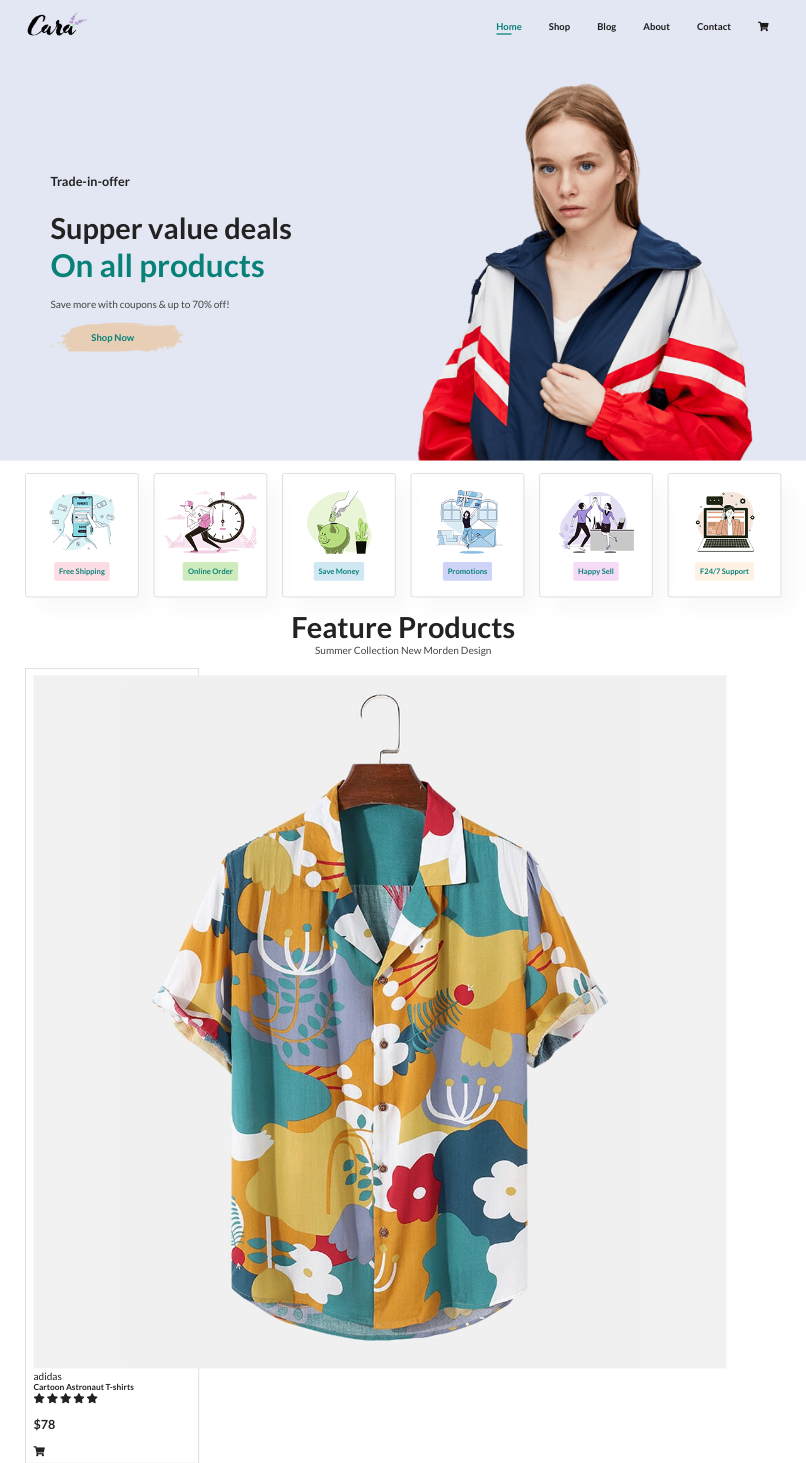
Repository: Nguyenductuan-dev/Website-Clothes
Page: index.html
These files come from the project's save history. The page is drawn as it stood at one moment and after the next save; the edit follows.
The browser window is 1280 px wide. The pictures show the whole page, at 63% of full size.

Above is the page before, as saved 2022-04-26 00:48:13.

### index.html
<!DOCTYPE html>
<html lang="en">
<head>
    <meta charset="UTF-8">
    <meta http-equiv="X-UA-Compatible" content="IE=edge">
    <meta name="viewport" content="width=device-width, initial-scale=1.0">
    <link rel="shortcut icon" href="assets/imgs/favicon.png" type="image/x-icon">
    <link rel="stylesheet" href="https://cdnjs.cloudflare.com/ajax/libs/font-awesome/5.15.1/css/all.min.css" />
    <link rel="preconnect" href="https://fonts.googleapis.com">
    <link rel="preconnect" href="https://fonts.gstatic.com" crossorigin>
    <link href="https://fonts.googleapis.com/css2?family=Lato:wght@400;700&family=Montserrat:ital,wght@0,200;0,300;0,400;0,500;0,600;0,700;1,600&display=swap" rel="stylesheet">
    <link rel="stylesheet" href="assets/css/style.css">
    <title>Website Clothes</title>
</head>
<body>
    <!-- ======================= HEADER ====================== -->
    <header class="header " id="header">
        <div class="header__container container">
            <a href="index.html" class="header__logo">
                <img src="assets/images/logo.png" alt="" class="header__logo-img">
            </a>

            <div class="navbar" id="navbar">
                <ul class="navbar__list">
                    <li class="navbar__item ">
                        <a href="index.html" class="navbar__link navbar__active">Home</a>
                    </li>
                    <li class="navbar__item">
                        <a href="shop.html" class="navbar__link">Shop</a>
                    </li>
                    <li class="navbar__item">
                        <a href="blog.html" class="navbar__link">Blog</a>
                    </li>
                    <li class="navbar__item">
                        <a href="about.html" class="navbar__link">About</a>
                    </li>
                    <li class="navbar__item">
                        <a href="contact.html" class="navbar__link">Contact</a>
                    </li>
                    <li class="navbar__item">
                        <a href="cart.html" class="navbar__link">
                            <i class="fas fa-shopping-cart"></i>
                        </a>
                    </li>
                </ul>
            </div>
        </div>
    </header>

    <!-- ======================= BANNER ====================== -->
    <section class="banner" id="banner">
        <div class="banner__container container">
            <h4>Trade-in-offer</h4>
            <h2>Supper value deals</h2>
            <h1>On all products</h1>
            <p>Save more with coupons & up to 70% off!</p>
            <button class="banner__btn">
                Shop Now
            </button>
        </div>
    </section>

    <!-- ======================= FEATURE ====================== -->
    <section class="feature container" id="feature">
        <div class="feature__box">
            <img src="assets/images/features/f1.png" alt="" class="feature__img">
            <h6 class="feature__title">Free Shipping</h6>
        </div>
        <div class="feature__box">
            <img src="assets/images/features/f2.png" alt="" class="feature__img">
            <h6 class="feature__title">Online Order</h6>
        </div>
        <div class="feature__box">
            <img src="assets/images/features/f3.png" alt="" class="feature__img">
            <h6 class="feature__title">Save Money</h6>
        </div>
        <div class="feature__box">
            <img src="assets/images/features/f4.png" alt="" class="feature__img">
            <h6 class="feature__title">Promotions</h6>
        </div>
        <div class="feature__box">
            <img src="assets/images/features/f5.png" alt="" class="feature__img">
            <h6 class="feature__title">Happy Sell</h6>
        </div>
        <div class="feature__box">
            <img src="assets/images/features/f6.png" alt="" class="feature__img">
            <h6 class="feature__title">F24/7 Support</h6>
        </div>
    </section>

    <!-- ======================= PRODUCTS ====================== -->
    <section class="product1 container" id="product1">
        <div class="product1__heading">
            <h2 class="product1__heading-title">Feature Products</h2>
            <p class="product1__heading-description">Summer Collection New Morden Design</p>
        </div>
        <div class="product1__list">
            <div class="product1__item">
                <a href="" class="product1__link">
                    <img src="assets/images/products/f1.jpg" alt="" class="product1__img">
                    <div class="product1__des">
                        <span class="product1__brand">adidas</span>
                        <h5 class="product1__title">Cartoon Astronaut T-shirts</h5>
                        <div class="product1__rate">
                            <i class="fas fa-star"></i>
                            <i class="fas fa-star"></i>
                            <i class="fas fa-star"></i>
                            <i class="fas fa-star"></i>
                            <i class="fas fa-star"></i>
                        </div>
                        <h4 class="product1__price">$78</h4>
                    </div>
                    <a href="#" class="product1__cart">
                        <i class="fas fa-shopping-cart"></i>
                    </a>
                </a>
            </div>
        </div>
    </section>

    <script src="assets/js/main.js"></script>
</body>
</html>

### assets/css/style.css
* {
    margin: 0;
    padding: 0;
    box-sizing: border-box;
    font-family: 'Lato', sans-serif;
}
h1 {
    font-size: 50px;
    line-height: 64px;
    color: #222;
}
h2 {
    font-size: 46px;
    line-height: 54px;
    color: #222;
}

h4 {
    font-size: 20px;
    line-height: 64px;
    color: #222;
}
h6 {
    font-weight: 700;
    font-size: 12px;
}
p {
    font-size: 16px;
    color: #444;
}
a {
    text-decoration: none;
    color: #222;
}
ul, li {
    list-style: none;
    padding: 0;
    margin: 0;
}
body {
    width: 100%;
}
.container {
    max-width: 1200px;
    margin: auto;
}
/* ================ HEADER =================== */
.header {
    background-color: #e3e6f3;
    box-shadow: 0 5px 15px rgba(0, 0, 0, .06);
    padding: 20px 0;
}
.header__container {
    max-width: 1200px;
    display: flex;
    justify-content: space-between;
    align-items: center;
    margin: auto;
}
.navbar {
    display: inline-block;
}
.navbar__item {
    display: inline-block;
    list-style: none;
    padding: 0 20px;
    position: relative;
}
.navbar__link {
    text-decoration: none;
    color: #1a1a1a;
    font-size: 15px;
    font-weight: 600;
    transition: .3s ease;

}
.navbar__link:hover,
.navbar__link.navbar__active {
    color: #088178;
}
.navbar__active::after,
.navbar__link:hover::after {
    content: '';
    width: 30%;
    height: 2px;
    background-color: #088178;
    position: absolute;
    bottom: -4px;
    left: 20px;
}
.scroll-header {
    position: fixed;
    top: 0;
    left: 0;
    width: 100%;
    padding: 10px 0;
    transition: .4s;
}
/* ================ BANNER =================== */
.banner {
    background-image: url('../images/hero4.png');
    width: 100%;
    background-position: top 25% right 0;
    background-size: cover;
    padding: 0 80px;
}
.banner__container {
    display: flex;
    height: 90vh;
    flex-direction: column;
    align-items: flex-start;
    justify-content: center;
}
.banner__container h4 {
    padding-bottom: 15px;
}
.banner__container h1 {
    color: #088178;
}
.banner__container p {
    padding: 20px 0;
}
.banner__container .banner__btn {
    background-image: url('../images/button.png');
    background-color: transparent;
    color: #088178;
    border: none;
    padding: 14px 80px 14px 65px;
    background-repeat: no-repeat;
    cursor: pointer;
    font-weight: 700;
    font-size: 15px;
}
/* ================ FEATURE =================== */
.feature {
    display: flex;
    justify-content: space-between;
    align-items: center;
    flex-wrap: wrap;
}
.feature__box {
    width: 180px;
    box-shadow: 20px 20px 34px rgba(0, 0, 0, .03);
    border: 1px solid #ccc;
    text-align: center;
    padding: 25px 15px;
    border-radius: 4px;
    margin-top: 20px;
}
.feature__box:hover {
    box-shadow: 10px 10px 54px rgba(70, 62, 211, .1);
}
.feature__img {
    width: 100%;
    margin-bottom: 10px;
}
.feature__title {
    padding: 9px 8px;
    line-height: 1;
    border-radius: 3px;
    color: #088178;
    background-color: #fddde4;
    display: inline-block;
}
.feature__box:nth-child(2) .feature__title {
    background-color: #cdebbc;
}
.feature__box:nth-child(3) .feature__title {
    background-color: #d1e8f2;
}
.feature__box:nth-child(4) .feature__title {
    background-color: #cdd4f8;
}
.feature__box:nth-child(5) .feature__title {
    background-color: #f6dbf6;
}
.feature__box:nth-child(6) .feature__title {
    background-color: #fff2e5;
}

/* ================ PRODUCT 1 =================== */
.product1 {
    margin-top: 20px;
}
.product1__heading {
    text-align: center;
}
.product1__list {
    margin-top: 20px;
}
.product1__item {
    width: 23%;
    min-width: 250px;
    padding: 10px 12px;
    border: 1px solid #ccc;
}

### assets/js/main.js
/* ================ SCROLL HEADER ================*/
function scrollheader() {
    let header = document.getElementById('header');
    if (this.scrollY >= 200) {
        header.classList.add('scroll-header');
    }
    else {
        header.classList.remove('scroll-header');
    }
}
window.addEventListener('scroll', scrollheader);

After the next save:
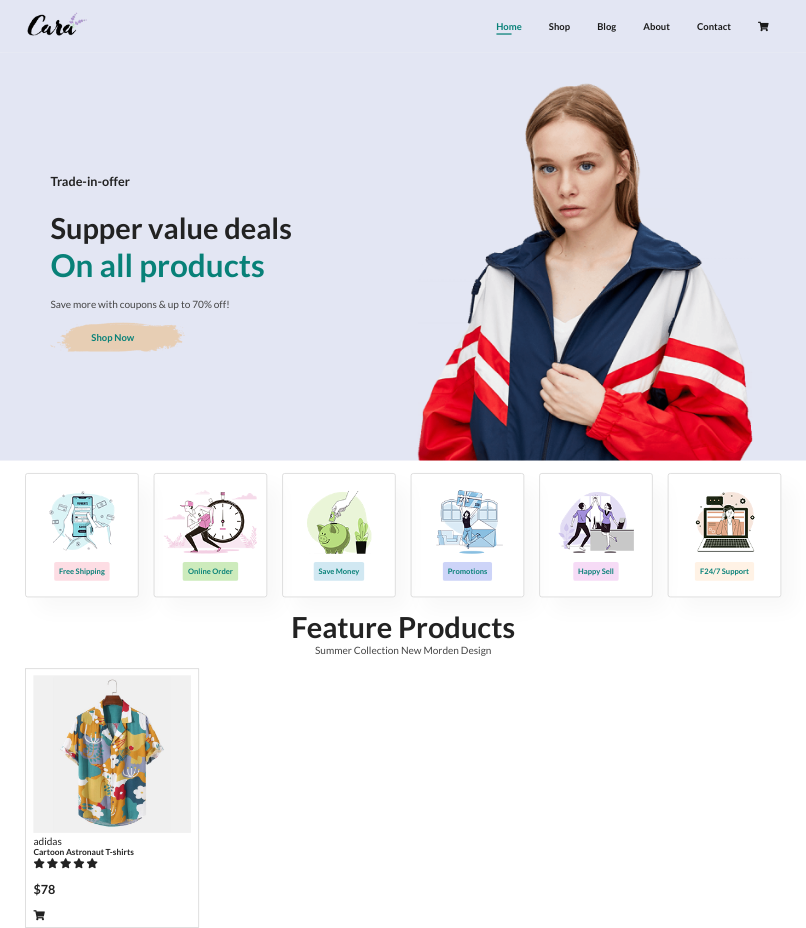
Saved 27 s later.
--- a/assets/css/style.css
+++ b/assets/css/style.css
@@ -194,3 +194,7 @@ body {
     padding: 10px 12px;
     border: 1px solid #ccc;
 }
+.product1__img {
+    width: 100%;
+
+}
